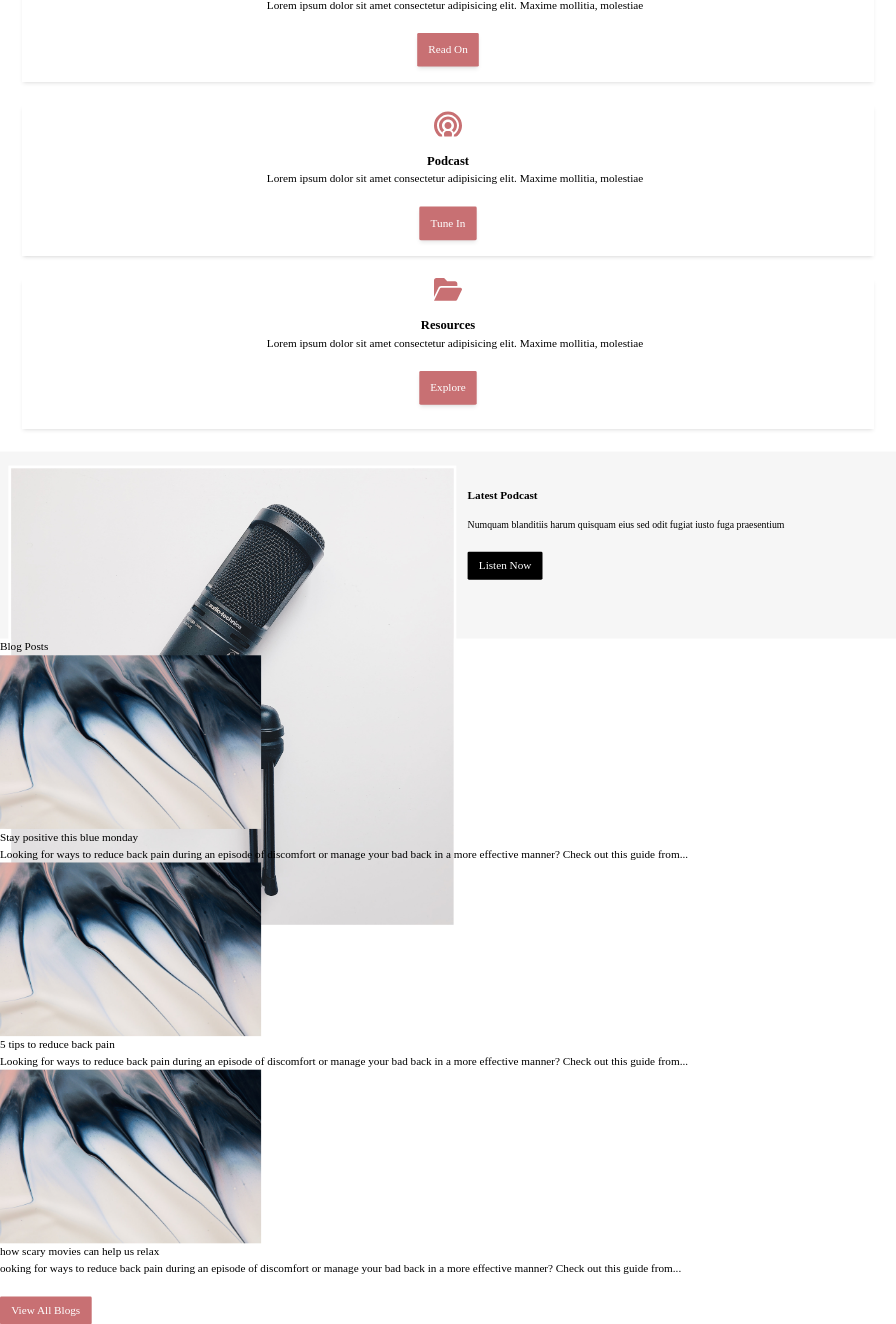
Repository: BrightonMboya/being-you
Page: /
These files come from the project's save history. The page is drawn as it stood at one moment and after the next save; the edit follows.
The browser window is 1280 px wide. The pictures show the part of the page from y = 943 to 2863 px (the page is 2835 px tall before and 2863 px after), at 70% of full size.
The project was rebuilt for these pictures with package versions that can differ from the ones it lists, and the page was loaded fresh each time.

Above is the page before, as saved 2022-05-29 08:24:44.

After the next save:
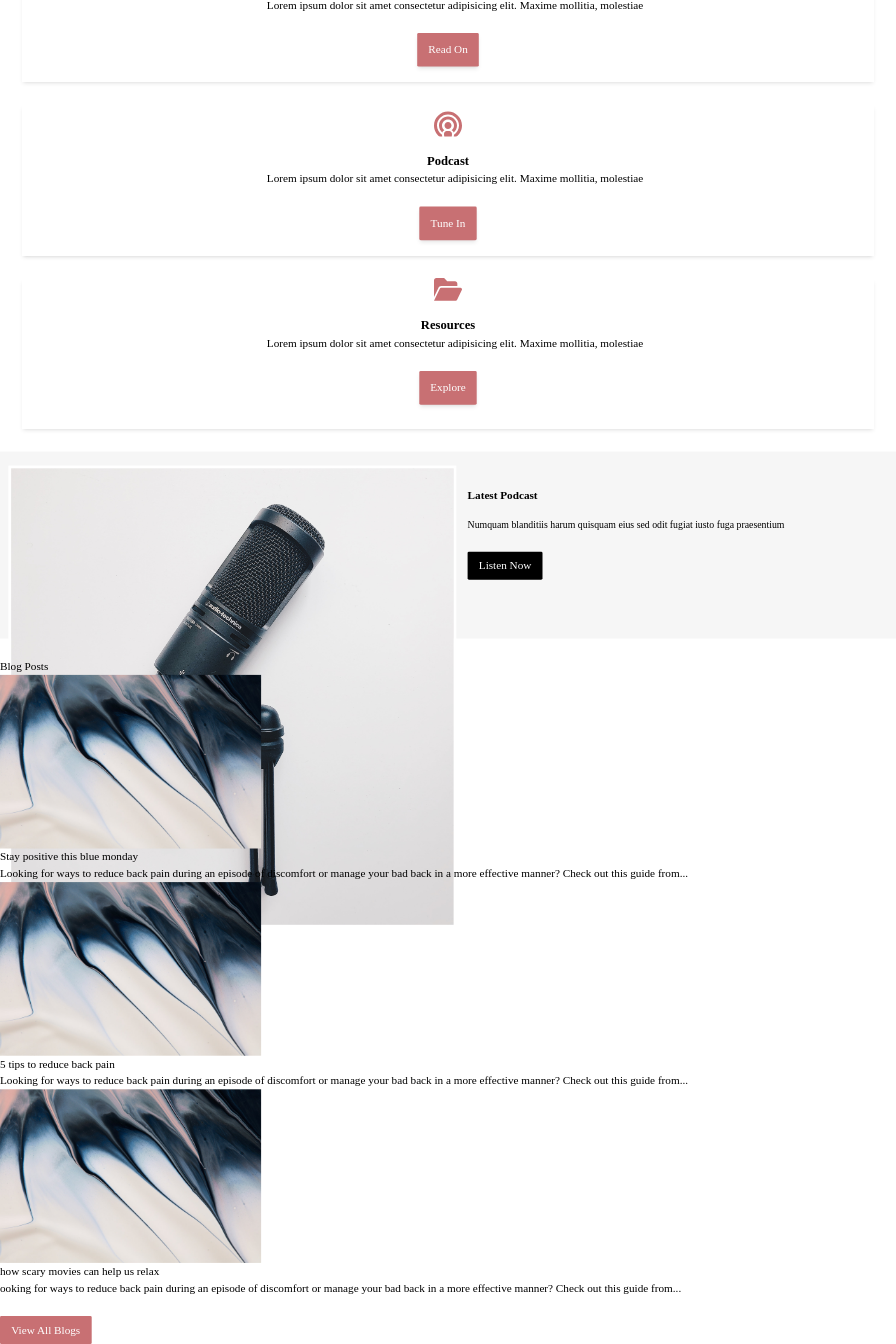
Saved 2 min 32 s later.
--- a/src/Components/Blog/Blogs.jsx
+++ b/src/Components/Blog/Blogs.jsx
@@ -5,7 +5,7 @@ import blog from "../../assets/blog.png";
 const Blogs = () => {
   return (
     <div>
-      <div>
+      <div className="mt-7">
         <h3>Blog Posts</h3>
         <div>
           <BlogCard
